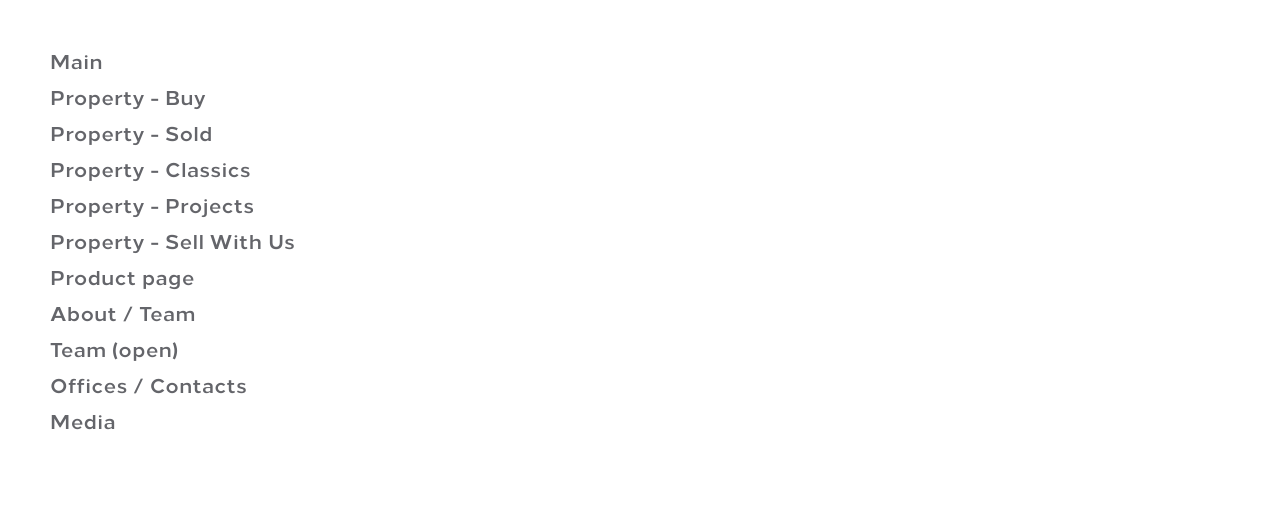
Repository: TarasDutchak/srb
Page: sitemap.html
An editor plug-in stored every save of this project. The page is shown before and after the next save, followed by the edit.
The browser window is 1280 px wide. The pictures show the whole page.

Above is the page before, as saved 2024-07-26 10:47:29.
Console error: ReferenceError: Swiper is not defined

After the next save:
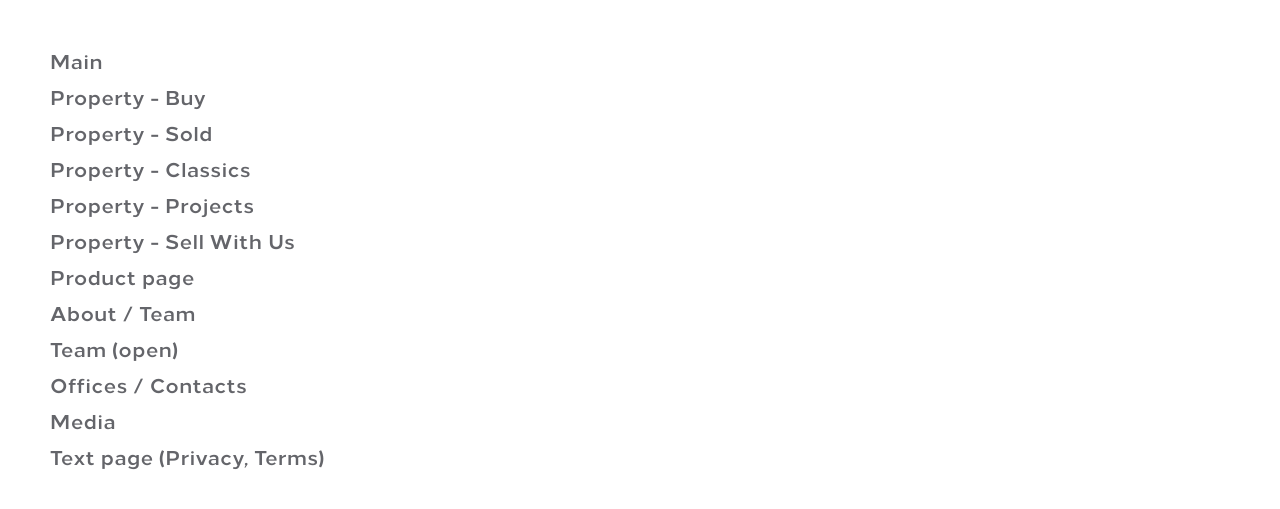
Saved 3 min 19 s later.
--- a/sitemap.html
+++ b/sitemap.html
@@ -25,6 +25,7 @@
             <li><a href="team-open.html" target="_blank">Team (open)</a></li>
             <li><a href="offices-contacts.html" target="_blank">Offices / Contacts</a></li>
             <li><a href="media.html" target="_blank">Media</a></li>
+            <li><a href="textpage.html" target="_blank">Text page (Privacy, Terms)</a></li>
         </ul>
     </div>
 
